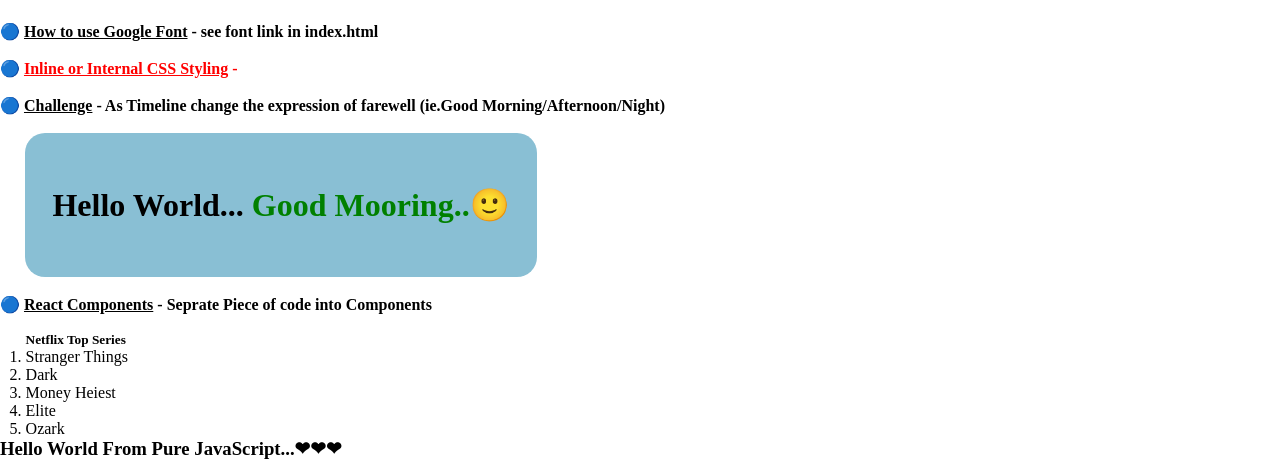
Repository: AalokJadhav/Being_ReactJS
Page: /
An editor plug-in stored every save of this project. The page is shown before and after the next save, followed by the edit.
The browser window is 1280 px wide. The pictures show the part of the page from y = 620 to 1190 px (the page is 1080 px tall before and 1190 px after).
The project was rebuilt for these pictures with package versions that can differ from the ones it lists, and the page was loaded fresh each time.

Above is the page before, as saved 2021-10-15 17:53:56.

### public/index.html
<!DOCTYPE html>
<html lang="en">

<head>
  <meta charset="utf-8" />
  <link rel="icon" href="%PUBLIC_URL%/favicon.ico" />
  <meta name="viewport" content="width=device-width, initial-scale=1" />
  <meta name="theme-color" content="#000000" />
  <meta name="description" content="Web site created using create-react-app" />
  <link rel="apple-touch-icon" href="%PUBLIC_URL%/logo192.png" />
  <!--
      manifest.json provides metadata used when your web app is installed on a
      user's mobile device or desktop. See https://developers.google.com/web/fundamentals/web-app-manifest/
    -->
  <link rel="manifest" href="%PUBLIC_URL%/manifest.json" />
  <link rel="preconnect" href="https://fonts.googleapis.com">
  <link rel="preconnect" href="https://fonts.gstatic.com" crossorigin>
  <link href="https://fonts.googleapis.com/css2?family=Josefin+Slab:ital,wght@1,200&display=swap" rel="stylesheet">
  <!--
      Notice the use of %PUBLIC_URL% in the tags above.
      It will be replaced with the URL of the `public` folder during the build.
      Only files inside the `public` folder can be referenced from the HTML.

      Unlike "/favicon.ico" or "favicon.ico", "%PUBLIC_URL%/favicon.ico" will
      work correctly both with client-side routing and a non-root public URL.
      Learn how to configure a non-root public URL by running `npm run build`.
    -->
  <title>React App</title>
</head>

<body>
  <noscript>You need to enable JavaScript to run this app.</noscript>
  <div id="root"></div>
  <!--
      This HTML file is a template.
      If you open it directly in the browser, you will see an empty page.

      You can add webfonts, meta tags, or analytics to this file.
      The build step will place the bundled scripts into the <body> tag.

      To begin the development, run `npm start` or `yarn start`.
      To create a production bundle, use `npm run build` or `yarn build`.
    -->
</body>

</html>

### src/index.js
// var React = require ('react');
// var ReactDom = require ('react-dom');

import React from 'react';
import ReactDom from 'react-dom';
import './index.css';
import App from './App';

const fullDate = new Date();
const date = fullDate.toLocaleDateString();
const time = fullDate.toLocaleTimeString();

const CurrDate = new Date(2021, 14, 10, 9);
const hour = CurrDate.getHours();
let greeting = '';

const cssStyle = {}

if (hour >= 1 && hour < 12) {
  greeting = 'Good Mooring..🙂';
  cssStyle.color = 'green';
} else if (hour >= 12 && hour < 19) {
  greeting = 'Good Afternoon..🙄';
  cssStyle.color = 'orange';
} else {
  greeting = 'Good Night..😴';
}
const RandomImgUrl = 'https://picsum.photos/2000';
const RandomImgUrl1 = 'https://picsum.photos/900';
const RandomImgUrl2 = 'https://picsum.photos/800';
ReactDom.render(

  //Fragments in ReactJS - Use <> </>  or <React.Fragment></React.Fragment>
  <>

    <h1 className="heading">Being React</h1><br />
    <h3>Hello  World From ReactJS...✋</h3><br />

    <h4>🔵 <u>Display Current date and time in JSX</u> -</h4><br />
    <div className="content">
      <p>Current Date is {`${date}`} </p>
      <p>Current Time is {`${time} `} </p>
    </div>
    <br />

    <h4>🔵 <u>JSX Attributes for random image</u> -</h4><br />
    <div className="img_div">
      <img src={RandomImgUrl} alt='random image1' />
      <img src={RandomImgUrl1} alt='random image2' />
      <img src={RandomImgUrl2} alt='random image3' />
    </div>
    <br />

    <h4>🔵 <u>How to use Google Font</u> -  see font link in index.html </h4>
    <div className="content">

    </div>
    <br />

    <h4 style={{ color: 'red', fontFamily: 'serif' }}>🔵 <u>Inline or Internal CSS Styling</u> -</h4>
    <div className="content">

    </div>
    <br />

    <h4>🔵 <u>Challenge</u> - As Timeline change the expression of farewell (ie.Good Morning/Afternoon/Night)</h4><br />
    <div className="challenge1">
      <h1>Hello World...<span style={cssStyle}> {greeting}</span></h1>
    </div>
    <br />

    <h4>🔵 <u>React Components</u> - Seprate Piece of code into Components</h4><br />
    <App />
  </>,
  document.getElementById('root'));
<br />


// In Pure JavaScript
var h3 = document.createElement('h3');
h3.innerHTML = 'Hello  World From Pure JavaScript...❤❤❤';
document.getElementById('root').appendChild(h3);

### src/index.css
/* body {
  margin: 0;
  font-family: -apple-system, BlinkMacSystemFont, 'Segoe UI', 'Roboto', 'Oxygen',
    'Ubuntu', 'Cantarell', 'Fira Sans', 'Droid Sans', 'Helvetica Neue',
    sans-serif;
  -webkit-font-smoothing: antialiased;
  -moz-osx-font-smoothing: grayscale;
}

code {
  font-family: source-code-pro, Menlo, Monaco, Consolas, 'Courier New',
    monospace;
} */


*{margin: 0; padding: 0; box-sizing: border-box;};

.heading  h1{
  color: #fa9191;
  align-items: center;
  text-transform: capitalize;
  font-weight: bold;
  padding-left: 2%;
  font-family: 'Josefin Slab', serif;
}

.img_div img{
  width: 33%;
  height: 5%;
  margin: auto;
  padding-left: 2%;
}

.content {
  padding-left: 2%;
}

.challenge1 {
  background-color: rgb(137, 191, 212);
  width: 40%;
  height: 20vh;
  display: flex;
  justify-content: center;
  align-items: center;
  margin-top: -0px;
  margin-left: 25px;
  border-radius: 20px;
}

### src/App.js
import React from "react";
import Heading from "./Heading";
import List from "./List";

function App() {

    return (
        <>
        <Heading />
        <List/>
    </>
    );
}

export default App;

### src/Heading.jsx
import React from "react";

function  Heading() {
    return (
        <div className="content">
    <h5 style={{fontFamily: 'serif'}}>Netflix Top Series</h5>
    </div>
    )
}

export default Heading;

### src/List.jsx
import React from "react";

function List() {

    return (
        <div className="content">
             <ol>
    <li>Stranger Things</li>
    <li>Dark</li>
    <li>Money Heiest</li>
    <li>Elite</li>
    <li>Ozark</li>
  </ol>
        </div>
    )
}

export default List;

After the next save:
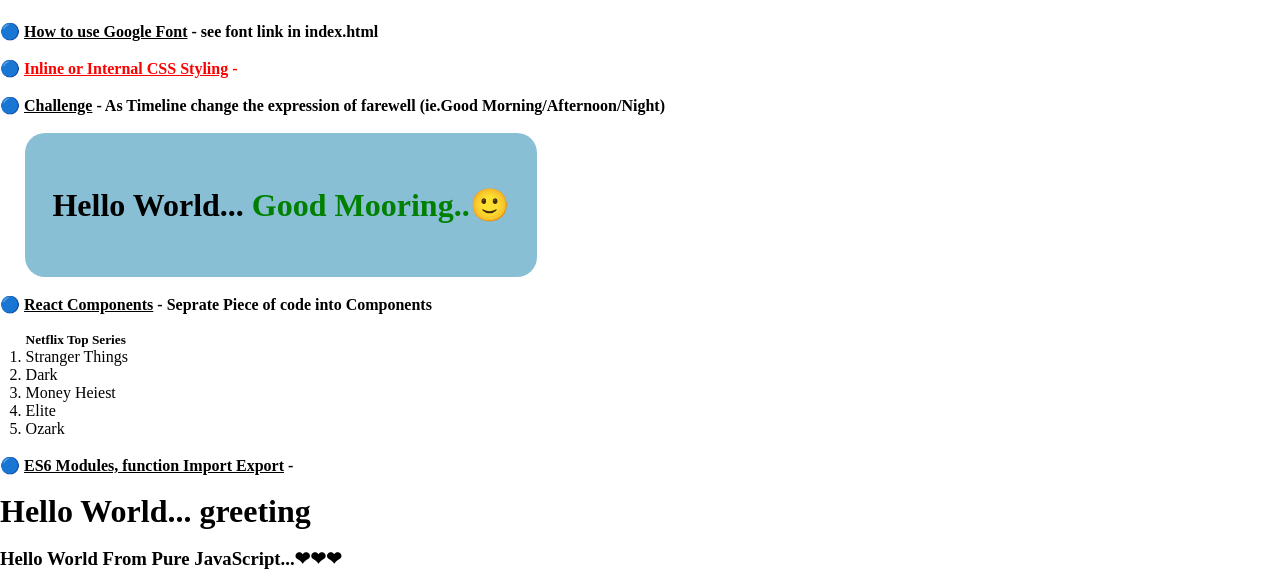
Saved 5 h 53 min later.
--- a/src/index.js
+++ b/src/index.js
@@ -71,6 +71,13 @@ ReactDom.render(
 
     <h4>🔵 <u>React Components</u> - Seprate Piece of code into Components</h4><br />
     <App />
+    <br />
+
+    <h4>🔵 <u>ES6 Modules, function Import Export</u> - </h4><br />
+    <div >
+      <h1>Hello World... greeting</h1>
+    </div>
+    <br />
   </>,
   document.getElementById('root'));
 <br />
